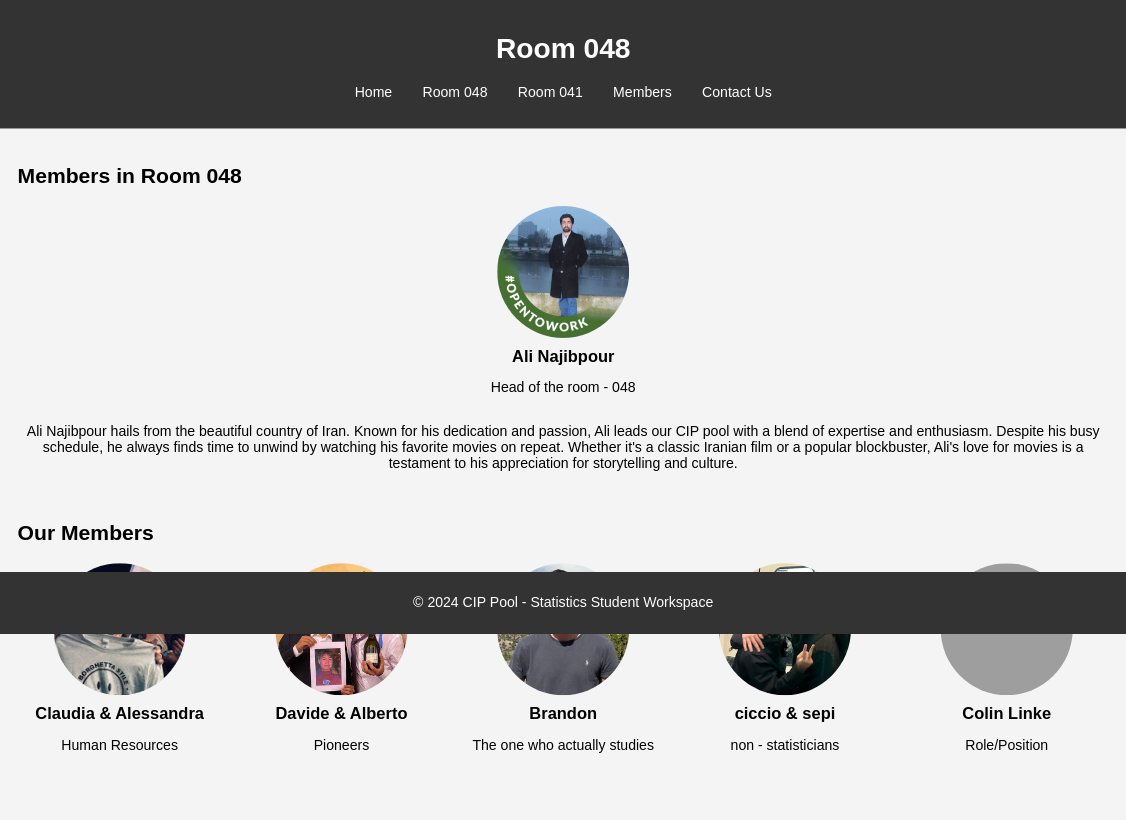
Repository: anjalisarawgi/cip_website
Page: room_048.html
The author's editor kept a copy of each file at every save. The page is drawn from the files as they stood at one save, then again after a run of saves.
The browser window is 1280 px wide. The pictures show the whole page, at 88% of full size.
Pictures or frames that could not be fetched are drawn as grey boxes.

Above is the page before, as saved 2024-06-14 13:59:44.

### room_048.html
<!DOCTYPE html>
<html lang="en">
<head>
    <meta charset="UTF-8">
    <meta name="viewport" content="width=device-width, initial-scale=1.0">
    <title>Room 048 - CIP Pool</title>
    <link rel="stylesheet" href="styles.css">
</head>
<body>
    <header>
        <h1>Room 048</h1>
        <nav>
            <ul>
                <li><a href="index.html">Home</a></li>
                <li><a href="room_048.html">Room 048</a></li>
                <li><a href="room_041.html">Room 041</a></li>
                <li><a href="members.html">Members</a></li>
                <li><a href="contact.html">Contact Us</a></li>
            </ul>
        </nav>
    </header>
    <main>
        <section>
            <h2>Members in Room 048</h2>
            <div class="members-grid">
                <div class="member">
                    <img src="images/ali.jpeg" alt="Ali Najibpour" class="member-photo">
                    <div class="member-info">
                        <h3>Ali Najibpour</h3>
                        <p>Head of the room - 048</p>
                        <p>Ali Najibpour hails from the beautiful country of Iran. Known for his dedication and passion, Ali leads our CIP pool with a blend of expertise and enthusiasm. Despite his busy schedule, he always finds time to unwind by watching his favorite movies on repeat. Whether it's a classic Iranian film or a popular blockbuster, Ali's love for movies is a testament to his appreciation for storytelling and culture.</p>
                    </div>
                </div>
            </div>
        </section>
        <section>
            <h2>Our Members</h2>
            <div class="members-grid">
                <div class="member">
                    <img src="images/claudia_alessandra.jpeg" alt="Claudia & Alessandra" class="member-photo">
                    <div class="member-info">
                        <h3>Claudia & Alessandra</h3>
                        <p>Human Resources</p>
                    </div>
                </div>
                <div class="member">
                    <img src="images/davide_alberto.jpeg" alt="Davide & Alberto" class="member-photo">
                    <div class="member-info">
                        <h3>Davide & Alberto</h3>
                        <p>Pioneers</p>
                    </div>
                </div>
                <div class="member">
                    <img src="images/brandon.jpeg" alt="Brandon" class="member-photo">
                    <div class="member-info">
                        <h3>Brandon</h3>
                        <p>The one who actually studies</p>
                    </div>
                </div>
                <div class="member">
                    <img src="images/francesco_giuseppe.jpeg" alt="Francesco & Giuseppe" class="member-photo">
                    <div class="member-info">
                        <h3>ciccio & sepi</h3>
                        <!-- <p><em>ciccio & sepi</em></p> -->
                        <p>non - statisticians </p>
                    </div>
                </div>
                <div class="member">
                    <img src="images/member5.jpeg" alt="Member 5" class="member-photo">
                    <div class="member-info">
                        <h3>Colin Linke</h3>
                        <p>Role/Position</p>
                    </div>
                </div>
            </div>
        </section>
    </main>
    <footer>
        <p>&copy; 2024 CIP Pool - Statistics Student Workspace</p>
    </footer>
</body>
</html>

### styles.css
body {
    font-family: Arial, sans-serif;
    margin: 0;
    padding: 0;
    background-color: #f4f4f4;
}

header {
    background-color: #333;
    color: white;
    padding: 1em 0;
    text-align: center;
}

nav ul {
    list-style-type: none;
    padding: 0;
}

nav ul li {
    display: inline;
    margin: 0 15px;
}

nav ul li a {
    color: white;
    text-decoration: none;
}

main {
    padding: 20px;
}

footer {
    background-color: #333;
    color: white;
    text-align: center;
    padding: 10px 0;
    position: fixed;
    bottom: 0;
    width: 100%;
}

section {
    margin-bottom: 20px;
}

.member {
    display: flex;
    align-items: center;
    margin-bottom: 20px;
}

.member-photo {
    border-radius: 50%;
    width: 150px;
    height: 150px;
    object-fit: cover;
    margin-bottom: 10px;
}


.member-info {
    display: flex;
    flex-direction: column;
}

.member-info h3 {
    margin: 0;
}

.members-grid {
    display: grid;
    grid-template-columns: repeat(auto-fit, minmax(200px, 1fr));
    gap: 20px;
}

.members-grid .member {
    flex-direction: column;
    align-items: center;
    text-align: center;
}

.members-grid .member-photo {
    width: 150px;
    height: 150px;
    margin-bottom: 10px;
}

.members-grid .member-info {
    align-items: center;
}

After the next 2 saves:
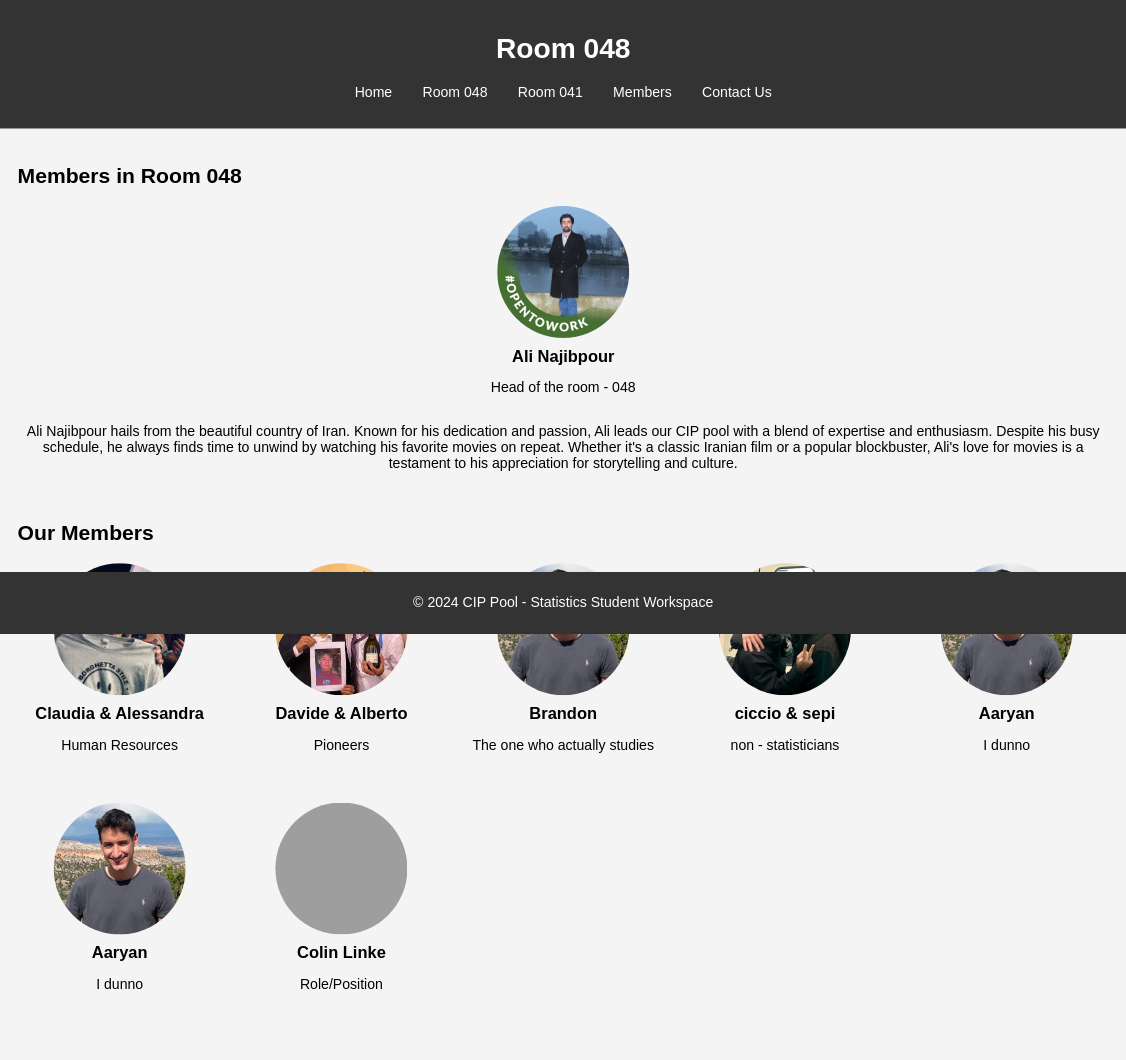
The 2 saves are shown as one change because they came seconds apart.
The last was saved 113 s later.
--- a/room_048.html
+++ b/room_048.html
@@ -66,6 +66,20 @@
                     </div>
                 </div>
                 <div class="member">
+                    <img src="images/brandon.jpeg" alt="Brandon" class="member-photo">
+                    <div class="member-info">
+                        <h3>Aaryan</h3>
+                        <p>I dunno</p>
+                    </div>
+                </div>
+                <div class="member">
+                    <img src="images/brandon.jpeg" alt="Brandon" class="member-photo">
+                    <div class="member-info">
+                        <h3>Aaryan</h3>
+                        <p>I dunno</p>
+                    </div>
+                </div>
+                <div class="member">
                     <img src="images/member5.jpeg" alt="Member 5" class="member-photo">
                     <div class="member-info">
                         <h3>Colin Linke</h3>
